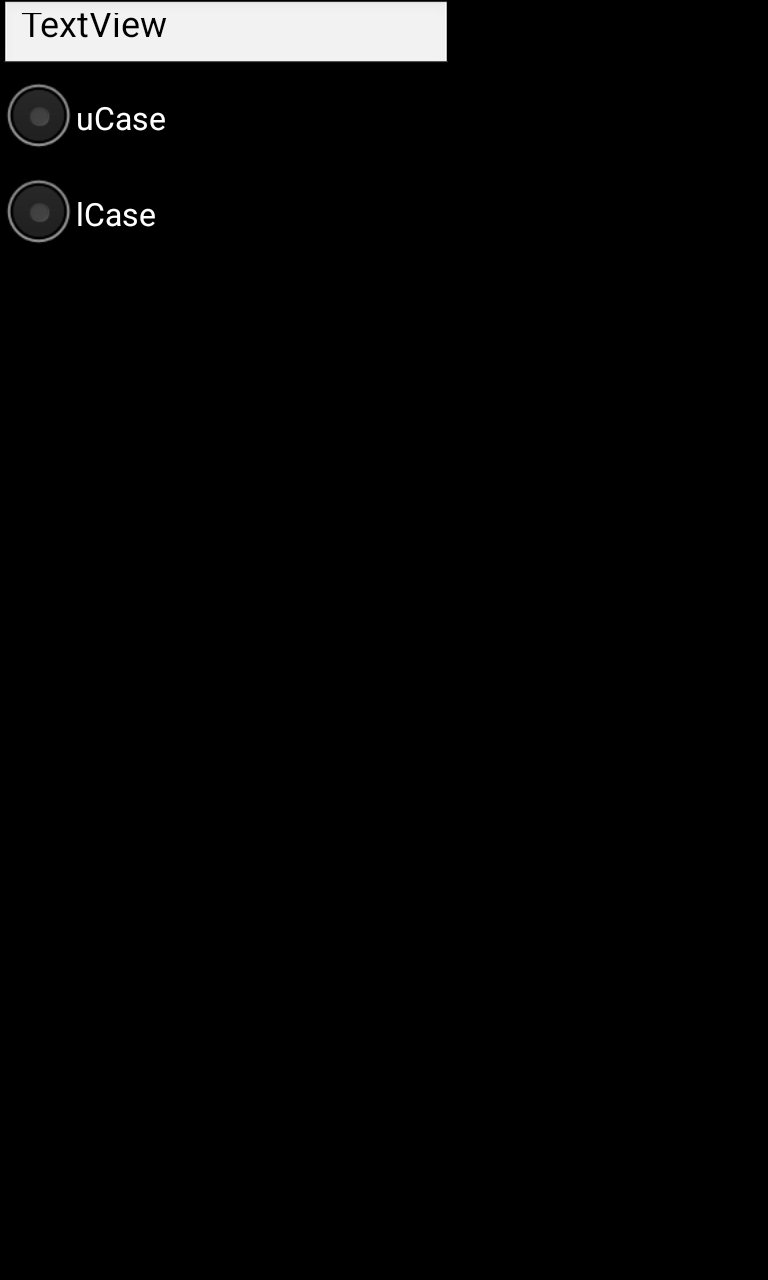
Repository: 12030121047/eventhandling
Layout: Event/res/layout/activity_event.xml
These files come from the project's save history. The layout is drawn as it stood at one moment and after the next save; the edit follows.
It is drawn on a 768 x 1280 px phone screen (xhdpi) without system bars, with theme android:Theme; the app's code is not run.

Above is the layout before, as saved 2014-12-23 04:02:05.

After the next save:
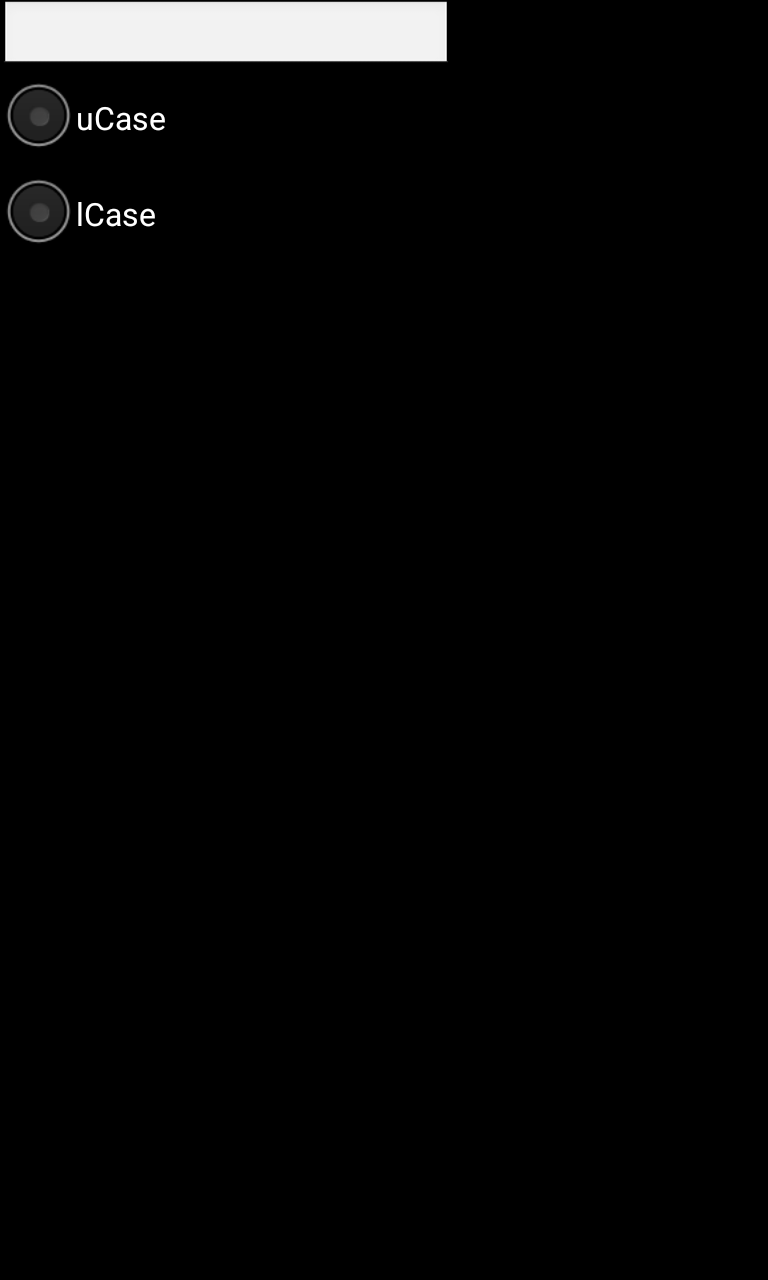
Saved 18 s later.
--- a/Event/res/layout/activity_event.xml
+++ b/Event/res/layout/activity_event.xml
@@ -9,7 +9,7 @@
         android:id="@+id/editString"
         android:layout_width="226dp"
         android:layout_height="35dp"
-        android:text="TextView" />
+        />
 
 
 
